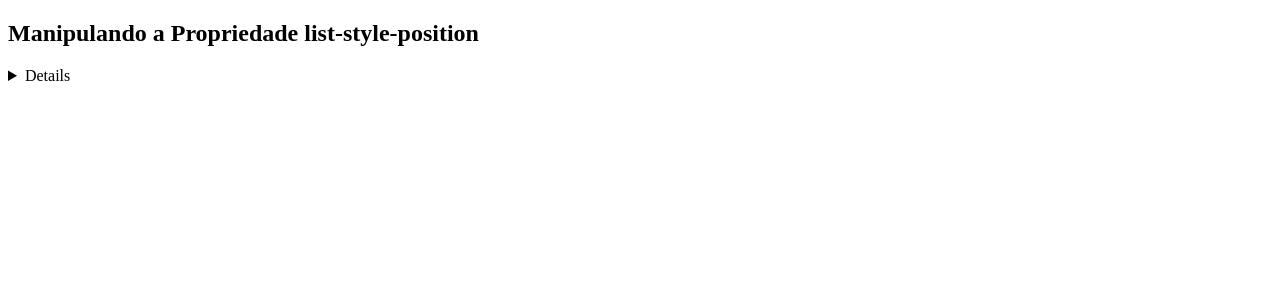
Repository: EmanuelUrbano/introducao_a_tecnologias
Page: 26_04_22/fundamentosCss/list_style_position.html
These files come from the project's save history. The page is drawn as it stood at one moment and after the next save; the edit follows.
The browser window is 1280 px wide. The pictures show the whole page.

Above is the page before, as saved 2022-04-27 16:37:16.

After the next save:
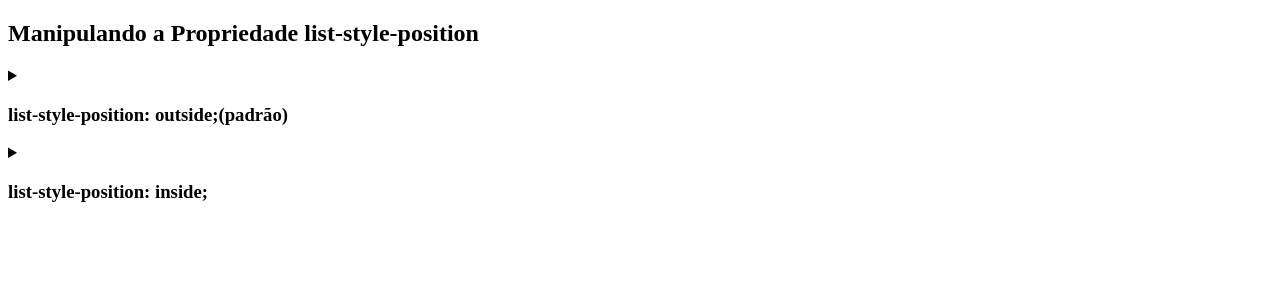
Saved 2 min 36 s later.
--- a/26_04_22/fundamentosCss/list_style_position.html
+++ b/26_04_22/fundamentosCss/list_style_position.html
@@ -9,6 +9,15 @@
 </head>
 <body>
     <h2>Manipulando a Propriedade list-style-position</h2>
-    <details>s</details>
+    <details>
+        <summary>
+            <h3>list-style-position: outside;(padrão)</h3>
+        </summary>
+    </details>
+    <details>
+        <summary>
+            <h3>list-style-position: inside;</h3>
+        </summary>
+    </details>
 </body>
 </html>
